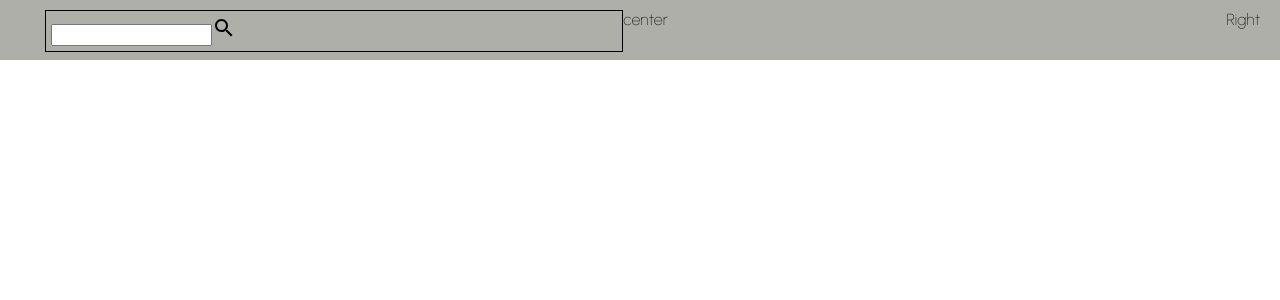
Repository: WaiMaungMaung/React_Ecom
Page: /
An editor plug-in stored every save of this project. The page is shown before and after the next save, followed by the edit.
The browser window is 1280 px wide. The pictures show the whole page.
The project was rebuilt for these pictures with package versions that can differ from the ones it lists, and the page was loaded fresh each time.

Above is the page before, as saved 2022-05-04 22:59:56.

### public/index.html
<!DOCTYPE html>
<html lang="en">
  <head>
    <meta charset="utf-8" />
    <link rel="icon" href="%PUBLIC_URL%/favicon.ico" />

    <link
      href="https://fonts.googleapis.com/css2?family=Urbanist:wght@100&display=swap"
      rel="stylesheet"
    />

    <style>
      * {
        margin: 0;
        font-family: "Urbanist", sans-serif;
      }
    </style>
    <title>React App</title>
  </head>
  <body>
    <noscript>You need to enable JavaScript to run this app.</noscript>
    <div id="root"></div>
  </body>
</html>

### src/pages/Home.jsx
import React from "react";
import NavBar from "../components/NavBar";

const Home = () => {
  return (
    <div>
      <NavBar />
    </div>
  );
};

export default Home;

### src/components/NavBar.jsx
import { Search } from "@material-ui/icons";
import React from "react";
import styled from "styled-components";
const Container = styled.div`
  height: 60px;
  background-color: #afafaa;
`;

const Wrapper = styled.div`
  padding: 10px 20px;
  display: flex;
  justify-content: space-between;
`;

const SearchContainer = styled.div`
  border: 0.5px solid black;
  margin-left: 25px;
  align-center: center;
  padding: 5px;
`;
const Input = styled.input``;

const Language = styled.span``;
const Left = styled.div`
  flex: 1;
`;

const Center = styled.div`
  flex: 1;
`;
const Right = styled.div``;
const NavBar = () => {
  return (
    <Container>
      <Wrapper>
        <Left>
          <SearchContainer>
            <Input />
            <Search />
          </SearchContainer>
        </Left>
        <Center>center</Center>
        <Right>Right</Right>
      </Wrapper>
    </Container>
  );
};

export default NavBar;

Loaded but not shown: src/index.js (common file); src/App.js (common file)

After the next save:
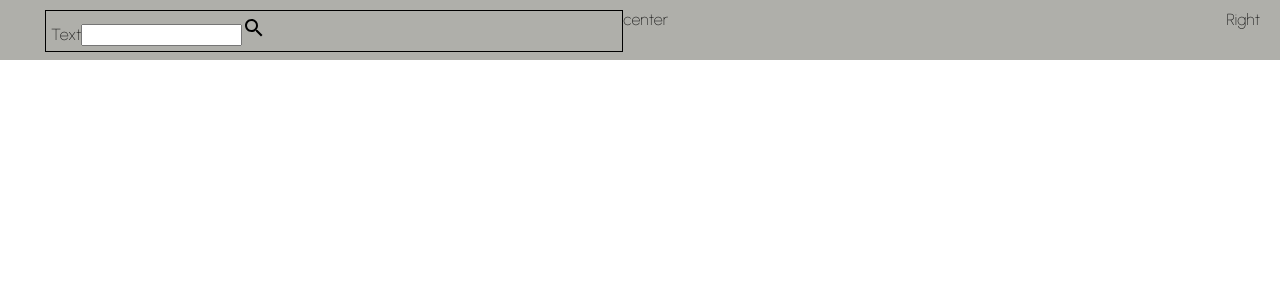
Saved 29 s later.
--- a/src/components/NavBar.jsx
+++ b/src/components/NavBar.jsx
@@ -35,6 +35,7 @@ const NavBar = () => {
       <Wrapper>
         <Left>
           <SearchContainer>
+            <Language>Text</Language>
             <Input />
             <Search />
           </SearchContainer>
